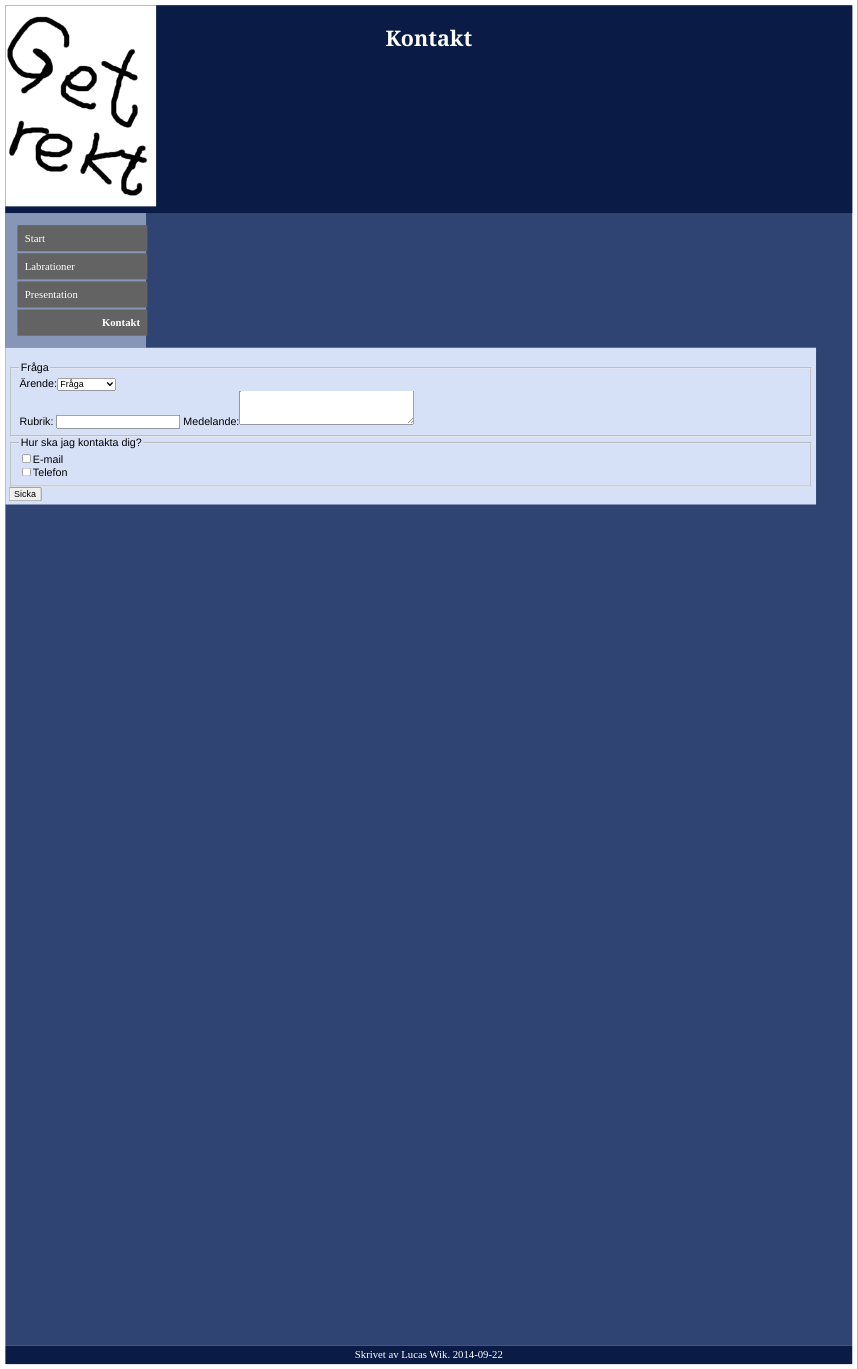
Repository: lw222gz/1ik415-laborationer
Page: Pages/kontakt.html
The author's editor kept a record of every edit. The page is drawn from the files as they stood at one moment, then again after the next edit.
The browser window is 1280 px wide. The pictures show the whole page, at 67% of full size.

Above is the page before.

After the next edit:
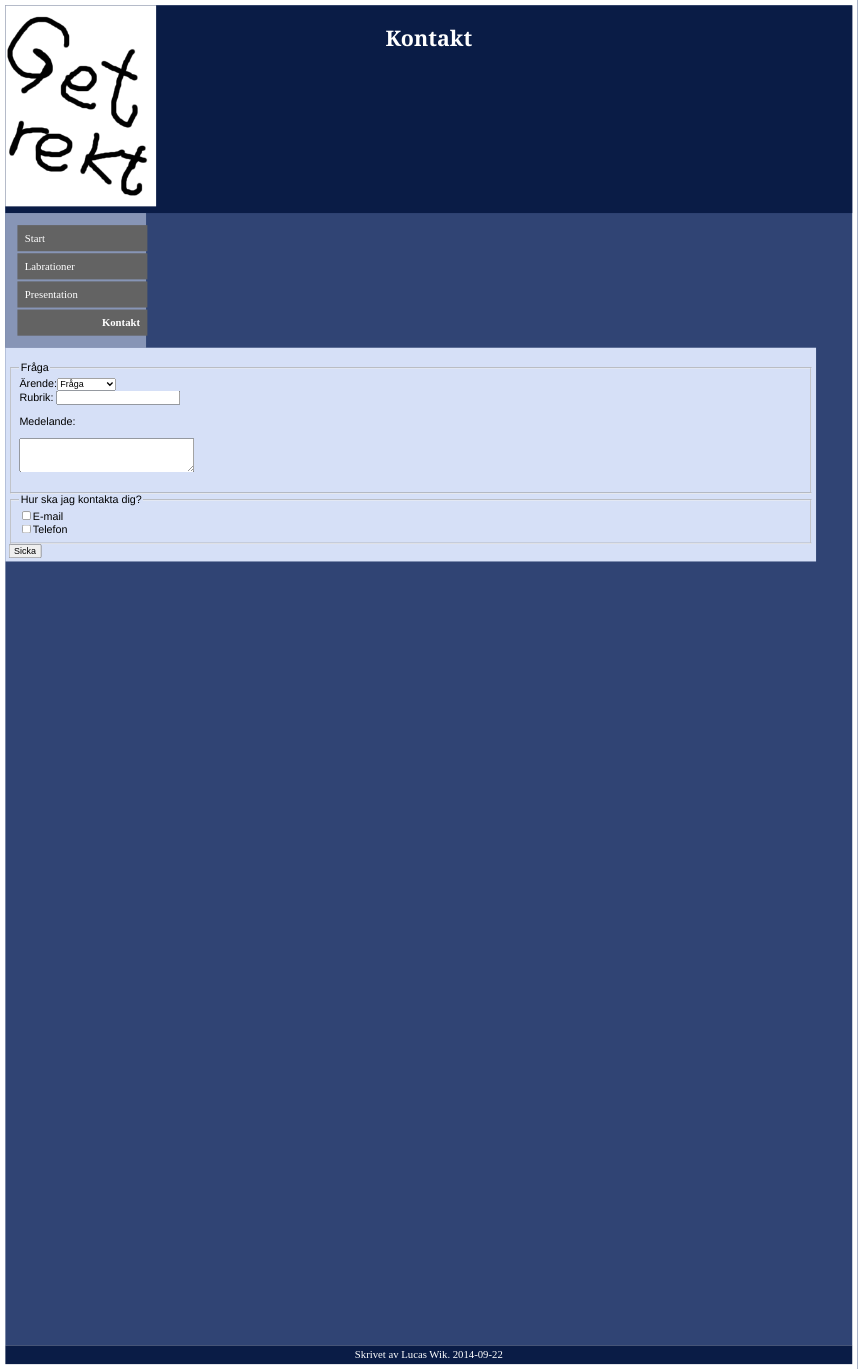
The edit:
--- a/Pages/kontakt.html
+++ b/Pages/kontakt.html
@@ -33,8 +33,8 @@
         <option value="Övrigt">Övrigt</option>
 </select><br />
     Rubrik: <input type="text" name="Rubrik" />
-    Medelande:<textarea name="textarea" rows="3" cols="30"></textarea>
-    <br />
+    <p>Medelande:</p><p><textarea name="textarea" rows="3" cols="30"></textarea></p>
+
     </fieldset>
     <fieldset>
     <legend>Hur ska jag kontakta dig?</legend>
